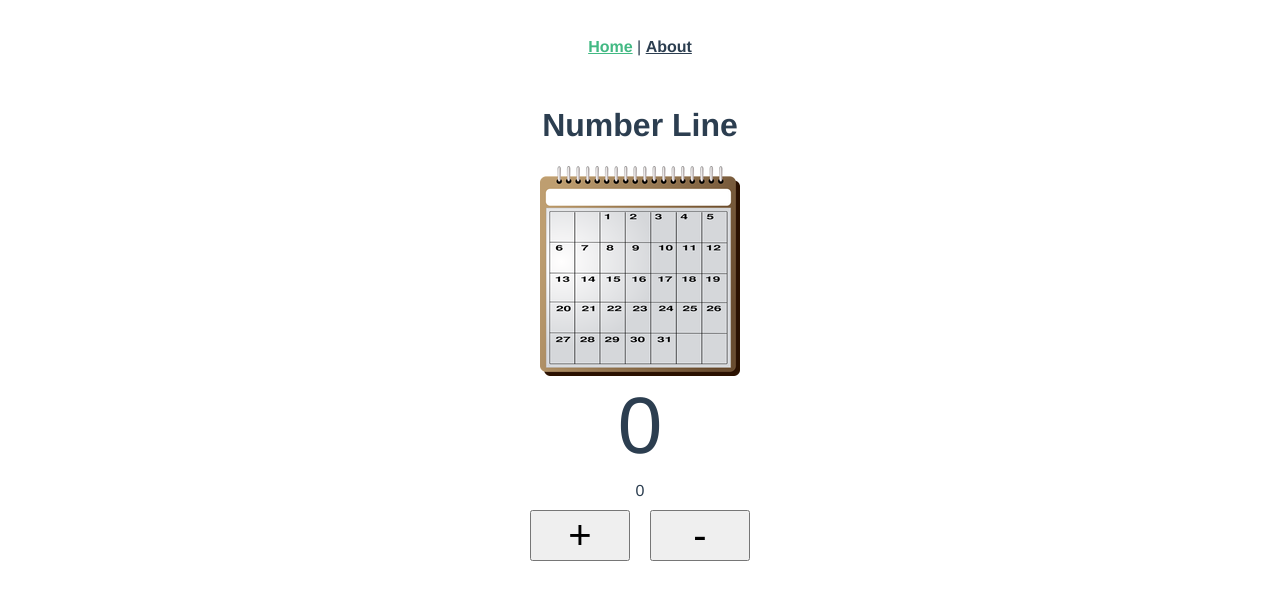
Repository: collegedude9300/numberline
Page: /
An editor plug-in stored every save of this project. The page is shown before and after a run of saves, followed by the edit.
The browser window is 1280 px wide. The pictures show the whole page.
The project was rebuilt for these pictures with package versions that can differ from the ones it lists, and the page was loaded fresh each time. Also part of the build but not shown: vue.config.js.

Above is the page before, as saved 2023-07-02 20:18:38.

After the next 2 saves:
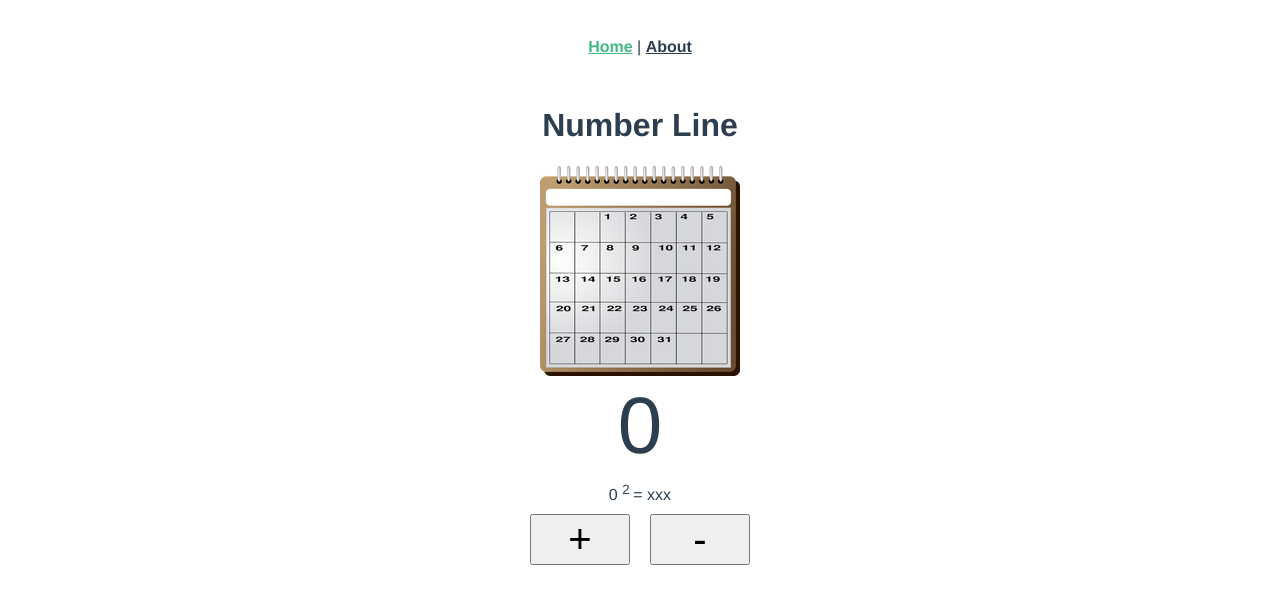
The 2 saves are shown as one change because they came seconds apart.
The last was saved 94 s later.
--- a/src/views/HomeView.vue
+++ b/src/views/HomeView.vue
@@ -7,9 +7,8 @@
     </div>
     <div class="counter-squared">
       {{ $store.state.counter }}
-
-
-
+<sup>2 </sup> =
+xxx
       </div>
     <div class="buttons">
       <button @click ="$store.dispatch('increaseCounter')">+</button>
